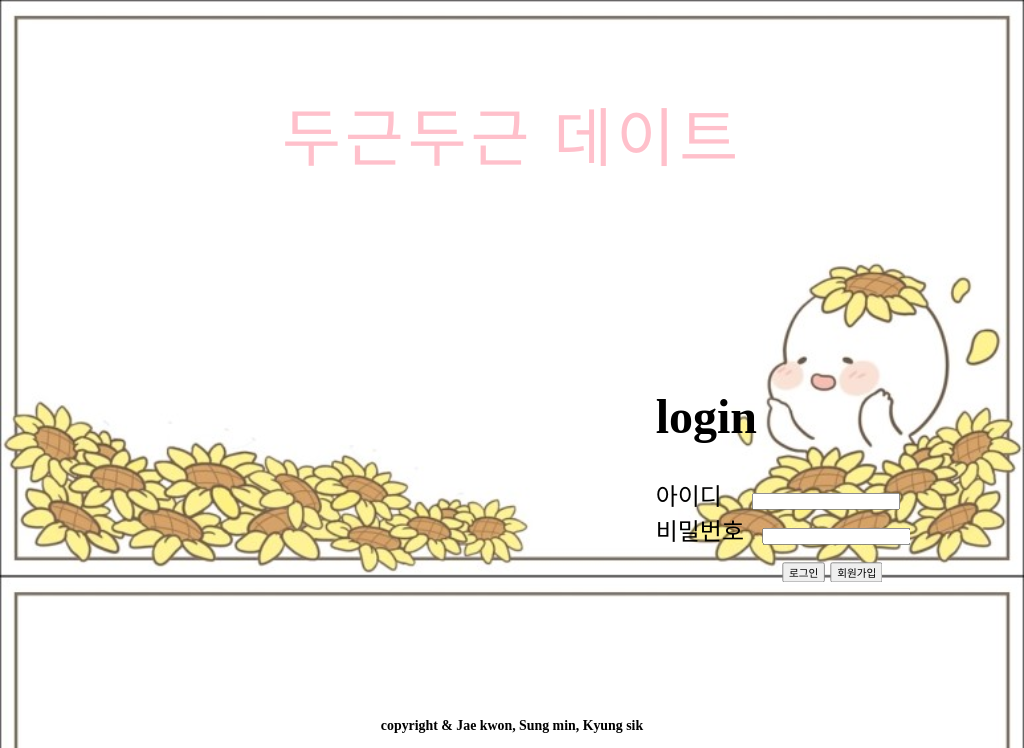
Repository: pinokio531/date_application
Page: http://localhost/doogeunDate/indexPage.jsp
The author's editor kept a copy of each file at every save. The page is drawn from the files as they stood at one save, then again after the next save.
The browser window is 1280 px wide. The pictures show the whole page, at 80% of full size.
Some web fonts or font styles are not loaded; a fallback is used. The page is served by Tomcat 9.

Above is the page before, as saved 2019-06-04 09:52:26.

After the next save:
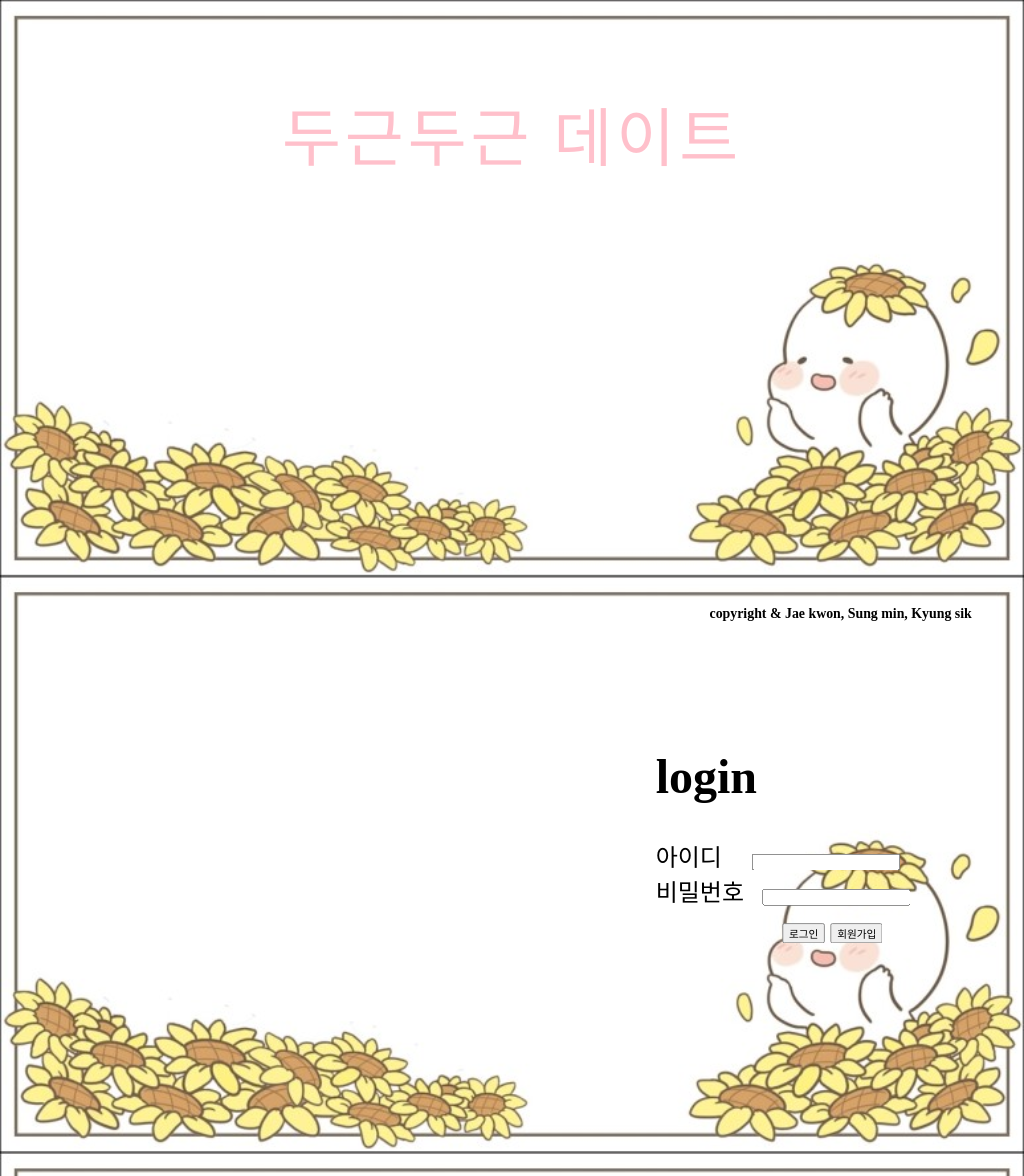
Saved 41 s later.
--- a/doogeunDate/WebContent/style/index.css
+++ b/doogeunDate/WebContent/style/index.css
@@ -13,7 +13,6 @@ body{
 }
 
 .container{
-    height: 20%;
     margin: 0 auto;
 }
 
